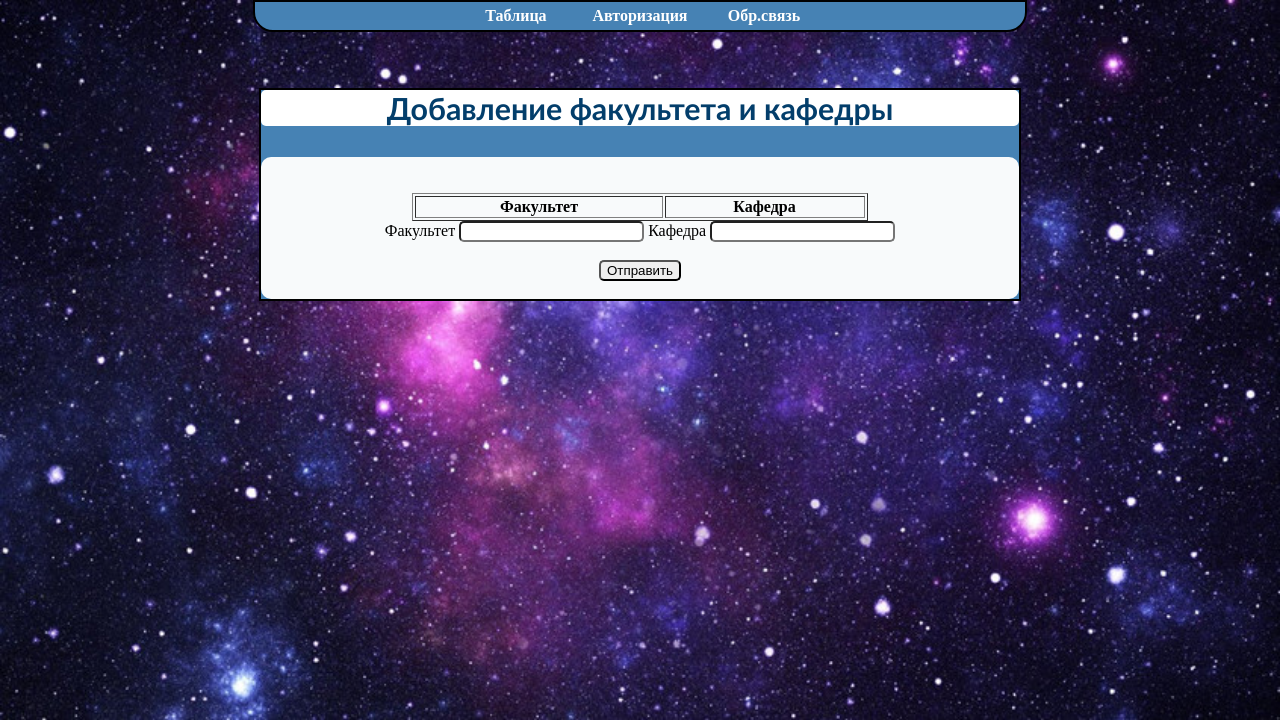
Repository: BeliaevAleksei/WeBCourse
Page: http://localhost/addFP.php
The author's editor kept a record of every edit. The page is drawn from the files as they stood at one moment, then again after the next edit.
The browser window is 1280 px wide. The pictures show the whole page.
The page is run by PHP 8.4 with error messages shown; the project is at /var/www/html/. Queries for data that is not in the repository find no rows.

Above is the page before.

### Учебная практика/addFP.php
<!DOCTYPE html>
<html>
<head>
	<meta http-equiv="Content-Type" content="text/html; charset=utf-8" />
	<link rel="stylesheet" href="css/main.css">
	<title>Managment</title>

</head>
<body>
	<div class="page">
		<div class="header">
			<ul id="navbar">
				<li><a href="index.php">Таблица</a></li>
				<li><a href="authorization.php">Авторизация</a></li>
				<li><a href="back.php">Обр.связь</a></li>
			</ul>
		</div>
		<div class="main-text">
			<h3>Добавление факультета и кафедры</h3>
			<div class="main-text-content">
			    <?php
					include ('dao.php');
					session_start();
					echo "</br>";
					echo "</br>";
					echo "<table border = 1>
					<tr>
						<th>Факультет</th>
						<th>Кафедра</th>
					</tr>";
					$dao = new DAO();
					$sqlFP = $dao->getPulpit();
					while ($sql = mysqli_fetch_array($sqlFP, MYSQLI_ASSOC)) {
						echo "<tr><td>" . $sql['Faculty'] . "</td>";
						echo "<td>" . $sql['Pulpit'] . "</td>";
						if($_SESSION['Name']){
							echo "<td> <form action=\"deleteFP.php\" method=\"post\">";
							$temp = $sql['ID'];
							echo "<input type=\"submit\" name= '$temp' value=\"удалить\" >
						</form> </td>";
					}
					echo "</tr>";
				}
				echo "</table>";
				echo "<form action=\"AddFPinTable.php\" method=\"post\">";
				echo "<label> Факультет</label> <input type=\"text\" name=\"firstName\">";
				echo "<label> Кафедра </label> <input type=\"text\" name=\"lastName\">
				<br><br>";
				echo "<input type=\"submit\" value=\"Отправить\">
				<br><br> </form>";
				?>
			</div>
</div>
</div>
</body>

### Учебная практика/dao.php
<?php
class DAO
{
    private $link;

    public function __construct() {
        $this->link = mysqli_connect("localhost", "dislexsu", "", "Management");
    }

    public function sql_query($sqlString)
    {
       return mysqli_query($this->link, $sqlString);
    }


    public function getPulpit() {
        return $this->sql_query("SELECT * FROM FacultyAndPulpit");
    }

    public function getTeachers() {
        return $this->sql_query("SELECT * FROM Teachers");
    }

    public function getStudents() {
        return $this->sql_query("SELECT * FROM Students");
    }

    public function addTeacher($login, $password) {
        $this->sql_query("INSERT INTO `Autorization`(`ID`, `Teacher`, `Password`) VALUES ('','$login','$password')");
    }

    public function addTeacherIntable($firstName, $lastName, $pulpit) {
        $this->sql_query("INSERT INTO `Teachers`(`ID`, `FirstName`, `LastName`, `Pulpit`) VALUES ('','$firstName', '$lastName', '$pulpit')");
    }

    public function addStudent($firstName, $lastName, $course, $status, $teacher, $pulpit) {
        $this->sql_query("INSERT INTO `Students`(`ID`, `FirstName`, `LastName`, `Course`, `Status`, `Teacher`, `Pulpit`) VALUES ('', '$firstName', '$lastName', '$course', '$status', '$teacher', '$pulpit')");
    }


    public function addFP($faculty, $pulpit) {
        $this->sql_query("INSERT INTO `FacultyAndPulpit`(`ID`, `Faculty`, `Pulpit`) VALUES ('','$faculty','$pulpit')");
    }

    public function deleteFP($id) {
        $this->sql_query("DELETE FROM `FacultyAndPulpit` WHERE ID = '$id' ");
    }

    public function deleteT($id) {
        $this->sql_query("DELETE FROM `Teachers` WHERE ID = '$id' ");
    }
    public function updateST($id, $firstName, $lastName, $course, $status, $teacher, $pulpit) {
    $this->sql_query("UPDATE `Students` SET `FirstName`= '$firstName' ,`LastName`='$lastName',`Course`='$course',`Status`='$status',`Teacher`='$teacher',`Pulpit`='$pulpit'
    WHERE ID = $id");
    }

     public function addMessage($login, $mail, $message) {
        $this->sql_query("INSERT INTO `Message`(`ID`, `Login`, `Mail`, `Message`) VALUES ('','$login','$mail', '$message')");
    }
}

### Учебная практика/css/main.css

@media (min-width: 1024px) {
	body
	{
		background: url(../img/fon.jpg);
		background-position: center center;
		background-size: cover;
		background-attachment: fixed;
	}
	.main-text-content > img {
		width: 49%;
		height: 300px;
		display: inline-block;
	}
	a{
		font-size: 1.0em;
	}
	p{
		font-size: 1.0em;
	}

	h3{
		font-size: 1.9em;
	}
	h2{
		font-size: 1.3em;
	}
		.righttable{
		width: 26%;
		float: right;
	}
	.lefttable{
		width: 26%;
		float: left;
	}
}
@media (min-width: 720px) and (max-width: 1023px) {

	body {
		background: url(../img/fon.jpg);
		background-position: center center;
		background-size: cover;
		background-attachment: fixed;

	}
	.main-text-content > img {
		/*width: 400px;*/
		width: 40%;
		height: 300px;
		display: inline-block;
	}
	a{
		font-size: 0.8em;
	}
	p{
		font-size: 0.8em;
	}

	h3{
		font-size: 1.5em;
	}
	h2{
		font-size: 1.1em;
	}
		.righttable{
		width: 26%;
		float: right;
	}
	.lefttable{
		width: 26%;
		float: left;
	}
}

@media (min-width: 480px) and (max-width: 719px)
{
	body {
		background: url(../img/fon.jpg);
		background-position: center center;
		background-size: cover;
		background-attachment: fixed;
	}
	.main-text-content > img {
		/*width: 274px;*/
		width: 30%;
		height: 300px;
		display: inline-block;
	}
	a{
		font-size: 0.5em;
	}
	p{
		font-size: 0.5em;
	}

	h3{
		font-size: 1.2em;
	}
	h2{
		font-size: 0.8em;
	}
		.righttable{
		width: 26%;
		float: right;
	}
	.lefttable{
		width: 26%;
		float: left;
	}
}
@media (min-width: 320px) and (max-width: 479px)
{
	body {
		background: url(../img/fon.jpg);
		background-position: center center;
		background-size: cover;
		background-attachment: fixed;
	}
	.main-text-content > img {
		/*width: 173px;*/
		width: 20%;
		height: 200px;;
		display: inline-block;
	}
	a{
		font-size: 0.5em;
	}
	p{
		font-size: 0.5em;
	}

	h3{
		font-size: 1.2em;
	}
	h2{
		font-size: 0.8em;
	}
	.righttable{
		width: 26%;
		float: right;
	}
	.lefttable{
		width: 26%;
		float: left;
	}
}
@media (max-width: 319px)
{
	body {

		background: url(../img/fon.jpg);
		background-position: center center;
		background-size: cover;
		background-attachment: fixed;
	}
	.main-text-content > img {
		width: 172px;
		height: 110px;
		display: inline-block;
	}
	a{
		font-size: 0.5em;
	}
	p{
		font-size: 0.5em;
	}

	h3{
		font-size: 1.0em;
	}
	h2{
		font-size: 0.8em;
	}
	.righttable{
		width: 100%;
		float: none;
	}
	.lefttable{
		width: 100%;
		float: none;
	}
}

.page {
	width: 60%; /* Ширина элемента в пикселах */
	margin: auto; /* Выравниваем по центру */
	position: relative;
}

.header {
	justify-content: space-around;
	flex-wrap: wrap;
	align-items: center;
	position: relative;
	top: 0;
	min-height: 60px;
}

.main {
	line-height: 150px;
	position: relative;
}

#navbar {
	margin: 0;
	padding: 0;
	list-style-type: none;
}
#navbar li {
	display: inline;
}

#navbar {
	margin: -8px;
	padding: 0;
	list-style-type: none;
	border: 2px solid #000000;
	border-radius: 0px 0px 20px 20px;
	text-align: center;
	background-color:#4682B4;
}
#navbar a {
	color: #fff;
	padding: 5px 10px;
	text-decoration: none;
	font-weight: bold;
	display: inline-block;
	width: 100px;
}
#navbar a:hover {
	border-radius: 20px 5px;
	background-color: #B0C4DE;
}

.main-text{
	outline: 2px solid #000;
	background-color:#4682B4;
	margin:auto;
}


.main-text-content {
	background-color: rgba(255, 255, 254, 0.96);
	border-radius: 10px;
	margin:auto;
}

.main-text-content .clearbox {
	display: table;
}

.main-text > h3 {
	text-align: center;
	color: #033E6B;
	font-family: "Gabriela", TREBUCHET MS;
	background-color: #FFFFFF;
	border-radius: 5px;
}

.main-text-content > a {
	display: block;
	min-width: 20px;
	background-color: #FFFFFF;
	color: #033E6B;
	font-family: "Gabriela", TREBUCHET MS;
	border-bottom: 2px solid maroon; /* Параметры линии под текстом */
	font-weight: normal; /* Убираем жирное начертание */
	padding-bottom: 5px; /* Расстояние от текста до линии */
	text-align: left;
}


.main-text-content > p {
	display: block;
	text-indent: 2em;
	margin: 0 5px;
	color: #033E6B;
	border-radius: 5px;
	line-height: 34px;
}

.main-text-content img {
	margin-bottom: 10px;
	-o-object-fit: cover;
	object-fit: cover; /* способ встраивания содержимого в элемент */
	object-position: center; /* способ размещения содержимого в элементе */
}
.main-text-content .clearbox {
	display: table;
	clear: both;
}

#imginf {
	float: left; /* задает выравнивание элемента */
	margin-right: 10px;
}



.lefttable{
	display: table;
	background-color: #FFFFFF;
	border-radius: 5px;
}

.righttable{
	display: table;
	background-color: #FFFFFF;
	border-radius: 5px;
}
/*form{*/
/*	margin: 0  1%;*/
/*}*/
label{
	align-items: center;
	text-align: center;
}
form{
	align-items: center;
	text-align: center;
}
#about{
	width: 90%;
}
TABLE {
    width: 60%;
    margin: auto;
   }
   TD {
   	width: 60%;
    margin: auto;
   }

input {
    border-radius: 5px;
}

After the next edit:
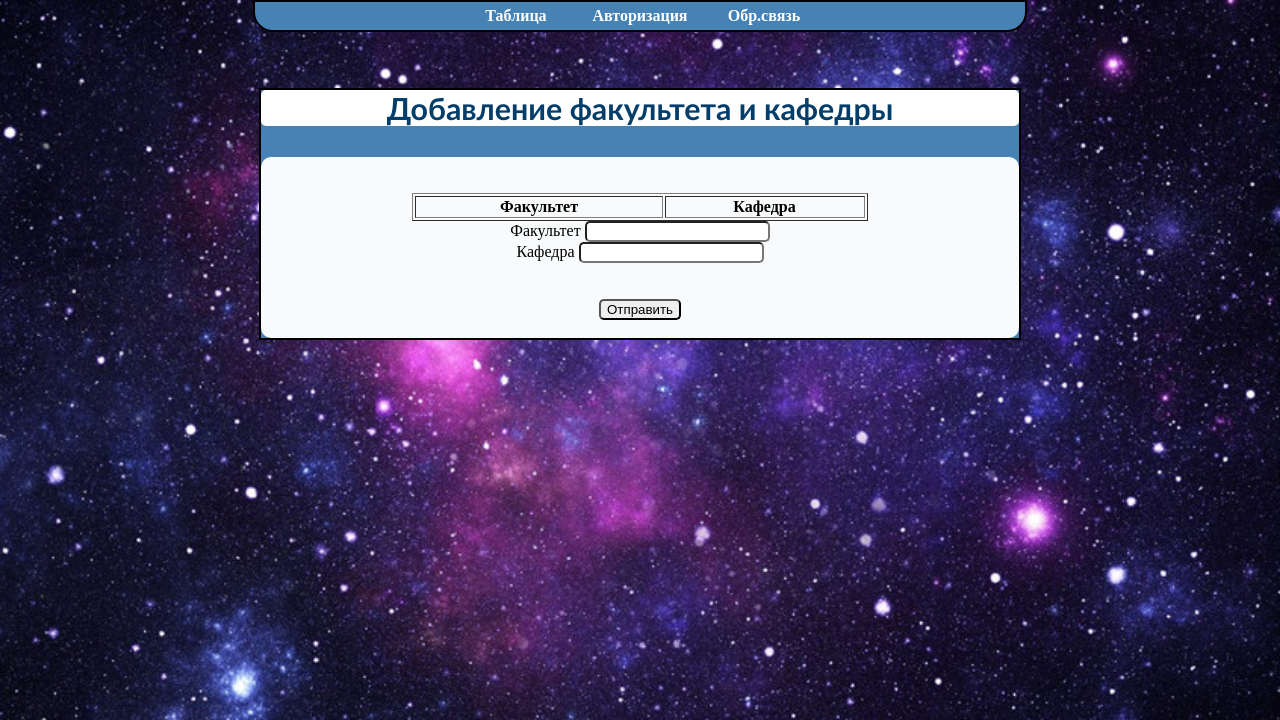
The edit:
--- a/Учебная практика/addFP.php
+++ b/Учебная практика/addFP.php
@@ -43,8 +43,8 @@
 				}
 				echo "</table>";
 				echo "<form action=\"AddFPinTable.php\" method=\"post\">";
-				echo "<label> Факультет</label> <input type=\"text\" name=\"firstName\">";
-				echo "<label> Кафедра </label> <input type=\"text\" name=\"lastName\">
+				echo "<div><label> Факультет</label> <input type=\"text\" name=\"faculty\"></div>";
+				echo "<div><label> Кафедра </label> <input type=\"text\" name=\"pulpit\"></div>
 				<br><br>";
 				echo "<input type=\"submit\" value=\"Отправить\">
 				<br><br> </form>";
